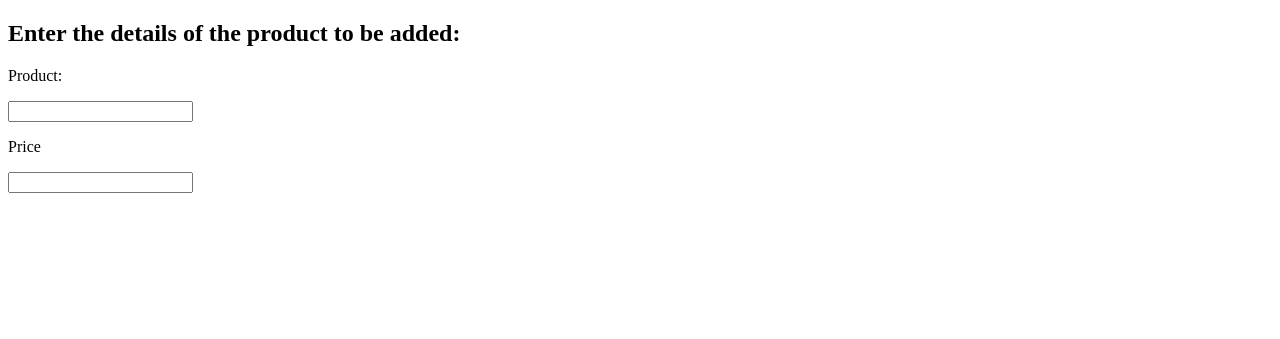
Repository: Shreya200012/FoodBox
Page: http://localhost/foodWeb/addData.jsp
These files come from the project's save history. The page is drawn as it stood at one moment and after the next save; the edit follows.
The browser window is 1280 px wide. The pictures show the whole page.
The page is served by Tomcat 9.

Above is the page before, as saved 2022-06-14 12:00:44.

After the next save:
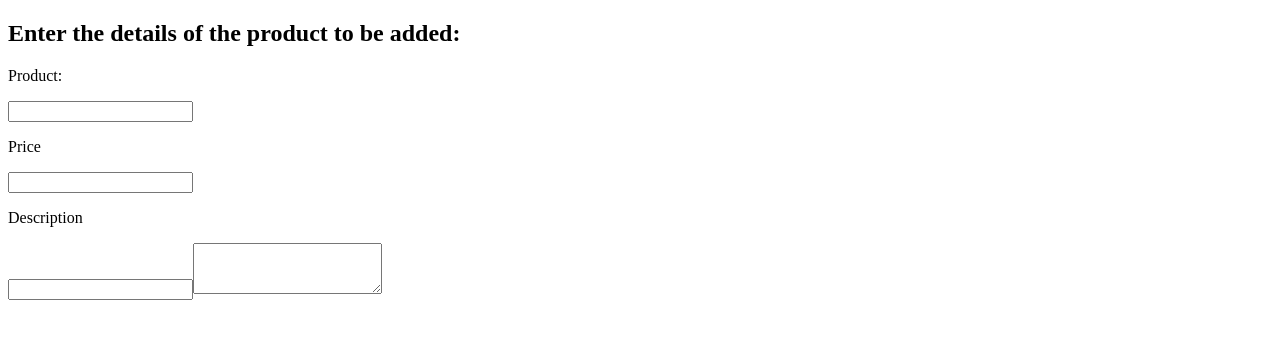
Saved 102 s later.
--- a/foodWeb/src/main/webapp/addData.jsp
+++ b/foodWeb/src/main/webapp/addData.jsp
@@ -13,7 +13,8 @@
 <input type="text" name="product">
 <p>Price<p>
 <input type="text" name="price">
-
+<p>Description</p>
+<input type="text" name="description"><textarea rows="3" cols="21"></textarea>
 
 
 </form>
